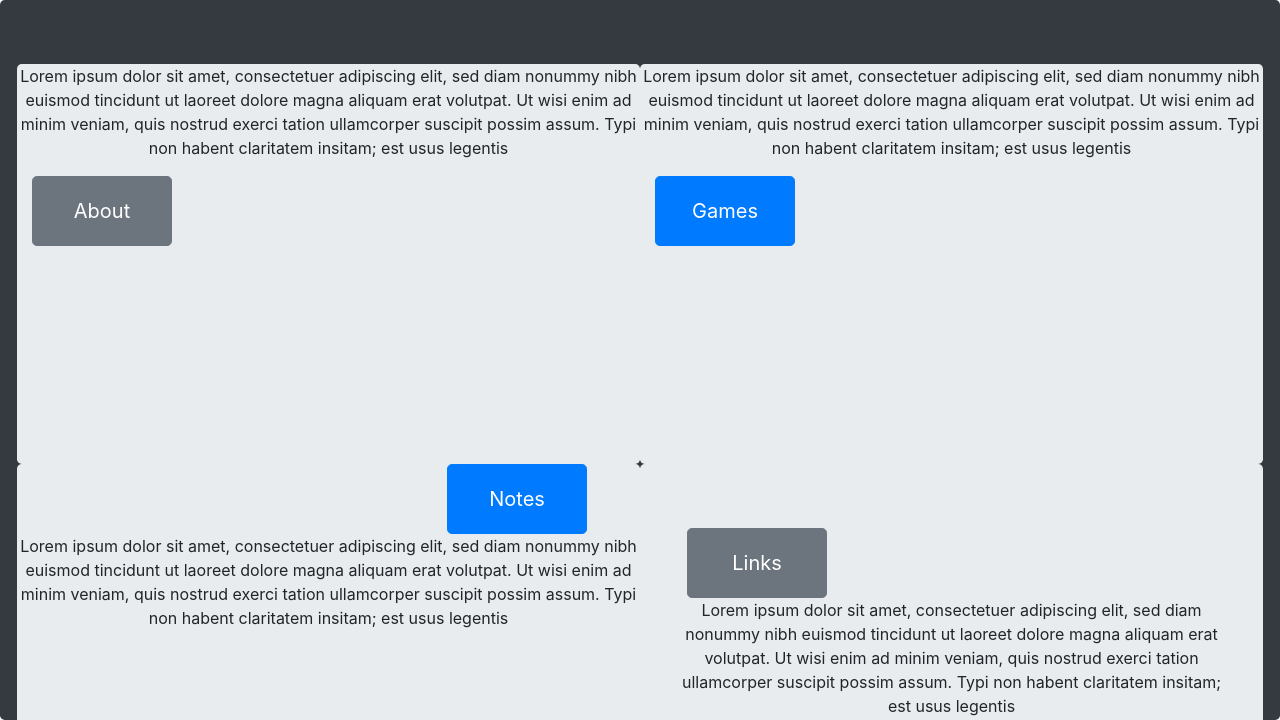
Repository: Kamicoda/Noteblock
Page: index.html
The author's editor kept a record of every edit. The page is drawn from the files as they stood at one moment, then again after the next edit.
The browser window is 1280 px wide. The pictures show the whole page.
Some web libraries are served in a nearby version.

Above is the page before.

### index.html
<!DOCTYPE html>
<html lang="en">

<head>
    <meta charset="UTF-8">
    <meta name="viewport" content="width=device-width, initial-scale=1.0">
    <meta http-equiv="X-UA-Compatible" content="ie=edge">
    <title>Document</title>

    <!--Jquery-->
    <script src="https://code.jquery.com/jquery-3.4.1.min.js" integrity="sha256-CSXorXvZcTkaix6Yvo6HppcZGetbYMGWSFlBw8HfCJo=" crossorigin="anonymous"></script>

    <!--Bootstrap-->
    <link rel="stylesheet" href="https://maxcdn.bootstrapcdn.com/bootstrap/4.2.1/css/bootstrap.min.css" type="text/css" />
    <link rel="stylesheet" href="https://cdnjs.cloudflare.com/ajax/libs/hover.css/2.3.1/css/hover-min.css" type="text/css" />
    <!--Css-->
    <link rel="stylesheet" href="assets/style/style.css" type="text/css" />
    <!--d3,dc,Queue-->
    <!-- <script type="text/javascript" src="static/js/d3.min.js"></script>
    <script type="text/javascript" src="static/js/crossfilter.min.js"></script>
    <script type="text/javascript" src="static/js/dc.min.js"></script>
    <script type="text/javascript" src="static/js/queue.min.js"></script> -->
    <!--Api's-->
    <!--Scripts-->
    <script src="https://kit.fontawesome.com/06adabaaa3.js"></script>
    <script type="text/javascript" src="assets/js/script1.js"></script>
</head>

<body>

    <!--navigation-->
    <div class="jumbotron bg-dark position-fixed w-100 h-100">
        <div class="mainmenu">

            <div class="row navtoprow">

                <div class="col-6 about">
                    <div class="jumbotron cabout">

                            <div class="row">
                                <div class="col">
                                    <p>Lorem ipsum dolor sit amet, consectetuer adipiscing elit, sed diam nonummy nibh euismod tincidunt ut laoreet dolore magna aliquam erat volutpat. Ut wisi enim ad minim veniam, quis nostrud exerci tation ullamcorper suscipit
                                        possim assum. Typi non habent claritatem insitam; est usus legentis
                                    </p>
                                    <div class="col align-bottom right">
                                        <button type="button" class="btn btn-secondary btn-lg babout content-end ">About</button>
                                    </div>
                                </div>
                            </div>

                    </div>
                </div>

                <div class="col-6 games">

                        <div class="jumbotron cgames">
                            <div class="row">
                                <div class="col">
                                    <p>Lorem ipsum dolor sit amet, consectetuer adipiscing elit, sed diam nonummy nibh euismod tincidunt ut laoreet dolore magna aliquam erat volutpat. Ut wisi enim ad minim veniam, quis nostrud exerci tation ullamcorper suscipit
                                        possim assum. Typi non habent claritatem insitam; est usus legentis
                                    </p>
                                    <div class="col">
                                        <button type="button" class="btn btn-primary btn-lg bgames ">Games</button>
                                    </div>
                                </div>
                            </div>
                        </div>

                </div>
            </div>

            <div class="row navbottomrow">

                <div class="col-6 notes">

                        <div class="jumbotron cnotes">
                            <div class="row">
                                <div class="col">
                                    <div class="col">
                                        <button type="button" class="btn btn-primary btn-lg bnotes justify-content-end ">Notes</button>
                                    </div>
                                    <p>Lorem ipsum dolor sit amet, consectetuer adipiscing elit, sed diam nonummy nibh euismod tincidunt ut laoreet dolore magna aliquam erat volutpat. Ut wisi enim ad minim veniam, quis nostrud exerci tation ullamcorper suscipit
                                        possim assum. Typi non habent claritatem insitam; est usus legentis
                                    </p>
                                </div>
                            </div>
                        </div>

                </div>

                <div class="col-6 links">

                        <div class="jumbotron">
                            <div class="row">
                                <div class="col">
                                    <div class="col">
                                        <button type="button" class="btn btn-secondary btn-lg blinks ">Links</button>
                                    </div>
                                    <p>Lorem ipsum dolor sit amet, consectetuer adipiscing elit, sed diam nonummy nibh euismod tincidunt ut laoreet dolore magna aliquam erat volutpat. Ut wisi enim ad minim veniam, quis nostrud exerci tation ullamcorper suscipit
                                        possim assum. Typi non habent claritatem insitam; est usus legentis
                                    </p>
                                </div>
                            </div>
                        </div>

                </div>
            </div>
        </div>

    </div>

</body>
<footer>

</footer>

</html>

### assets/style/style.css
/* Palette URL: http://paletton.com/#uid=a3K0o0k6J95irOtlmmkmW6wBrbb */

/* Feel free to copy&paste color codes to your application */

/* As RGBa codes */

.rgba-primary-0 {
    color: rgba( 39, 42, 48, 1)
}

/* Main Primary color */

.rgba-primary-1 {
    color: rgba(107, 144, 222, 1)
}

.rgba-primary-2 {
    color: rgba( 48, 70, 119, 1)
}

.rgba-primary-3 {
    color: rgba( 12, 19, 35, 1)
}

.rgba-primary-4 {
    color: rgba( 5, 22, 59, 1)
}

.rgba-complement-0 {
    color: rgba( 72, 63, 57, 1)
}

/* Main Complement color */

.rgba-complement-1 {
    color: rgba(255, 166, 108, 1)
}

.rgba-complement-2 {
    color: rgba(178, 106, 59, 1)
}

.rgba-complement-3 {
    color: rgba( 52, 29, 15, 1)
}

.rgba-complement-4 {
    color: rgba( 89, 35, 0, 1)
}



/* Generated by Paletton.com © 2002-2014 */

/* http://paletton.com */

/*Colors*/

.bg-dark {
    background-color: rgb(39, 42, 48);
}

.bg-light {
    background-color: rgb(107, 144, 222);
}

/*background*/

.jumbotron {
    margin: 0;
    width: 100%;
}

.mainmenu {
    text-align: center;
    border-width: 500;
    border-height: 300;
    height: auto;
}

.about {
    padding: 0;
}

.games {
    padding: 0;
}

.notes {
    padding: 0;
}

.links {
    padding: 0;
}
.cabout {
    height: 400px;
    width: 100%;
    padding: 0;
}
.cgames {
    height: 400px;
    width: 100%;
    padding: 0;
}
.cnotes {
    height: 400px;
    width: 100%;
    padding: 0;
}
.clinks {
    height: 400px;
    width: 100%;
    padding: 0;
}
/*navigation*/

.buttons {
    margin-left: 500px;
    margin-top: 300px;
}

.babout {
    display: block;
    width: 140px;
    height: 70px;
}

.bgames {
    display: block;
    width: 140px;
    height: 70px;
}

.bnotes {
    display: block;
    width: 140px;
    height: 70px;
    margin-left:70%;
}

.blinks {
    display: block;
    width: 140px;
    height: 70px;
}

Loaded but not shown: assets/js/script1.js (no copy from this time; the picture is the same without it)

After the next edit:
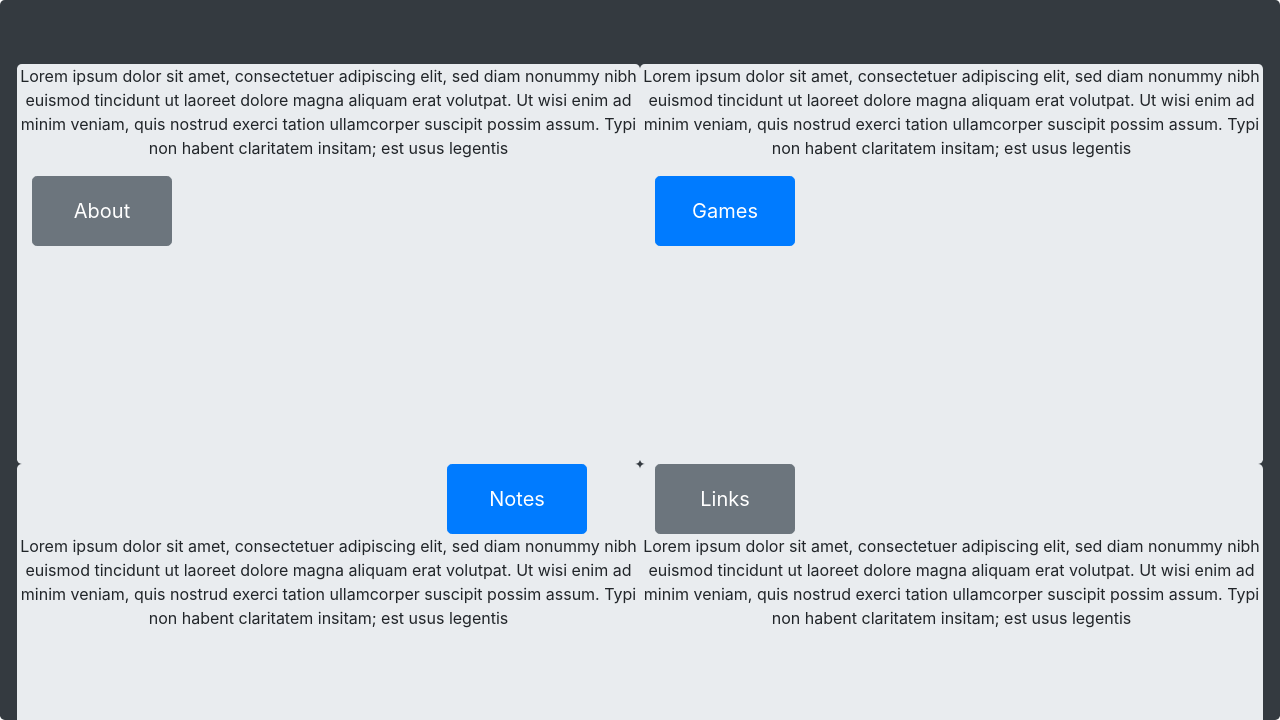
The edit:
--- a/index.html
+++ b/index.html
@@ -37,34 +37,34 @@
                 <div class="col-6 about">
                     <div class="jumbotron cabout">
 
-                            <div class="row">
-                                <div class="col">
-                                    <p>Lorem ipsum dolor sit amet, consectetuer adipiscing elit, sed diam nonummy nibh euismod tincidunt ut laoreet dolore magna aliquam erat volutpat. Ut wisi enim ad minim veniam, quis nostrud exerci tation ullamcorper suscipit
-                                        possim assum. Typi non habent claritatem insitam; est usus legentis
-                                    </p>
-                                    <div class="col align-bottom right">
-                                        <button type="button" class="btn btn-secondary btn-lg babout content-end ">About</button>
-                                    </div>
+                        <div class="row">
+                            <div class="col">
+                                <p>Lorem ipsum dolor sit amet, consectetuer adipiscing elit, sed diam nonummy nibh euismod tincidunt ut laoreet dolore magna aliquam erat volutpat. Ut wisi enim ad minim veniam, quis nostrud exerci tation ullamcorper suscipit
+                                    possim assum. Typi non habent claritatem insitam; est usus legentis
+                                </p>
+                                <div class="col align-bottom right">
+                                    <button type="button" class="btn btn-secondary btn-lg babout content-end ">About</button>
                                 </div>
                             </div>
+                        </div>
 
                     </div>
                 </div>
 
                 <div class="col-6 games">
 
-                        <div class="jumbotron cgames">
-                            <div class="row">
+                    <div class="jumbotron cgames">
+                        <div class="row">
+                            <div class="col">
+                                <p>Lorem ipsum dolor sit amet, consectetuer adipiscing elit, sed diam nonummy nibh euismod tincidunt ut laoreet dolore magna aliquam erat volutpat. Ut wisi enim ad minim veniam, quis nostrud exerci tation ullamcorper suscipit
+                                    possim assum. Typi non habent claritatem insitam; est usus legentis
+                                </p>
                                 <div class="col">
-                                    <p>Lorem ipsum dolor sit amet, consectetuer adipiscing elit, sed diam nonummy nibh euismod tincidunt ut laoreet dolore magna aliquam erat volutpat. Ut wisi enim ad minim veniam, quis nostrud exerci tation ullamcorper suscipit
-                                        possim assum. Typi non habent claritatem insitam; est usus legentis
-                                    </p>
-                                    <div class="col">
-                                        <button type="button" class="btn btn-primary btn-lg bgames ">Games</button>
-                                    </div>
+                                    <button type="button" class="btn btn-primary btn-lg bgames ">Games</button>
                                 </div>
                             </div>
                         </div>
+                    </div>
 
                 </div>
             </div>
@@ -73,35 +73,35 @@
 
                 <div class="col-6 notes">
 
-                        <div class="jumbotron cnotes">
-                            <div class="row">
+                    <div class="jumbotron cnotes">
+                        <div class="row">
+                            <div class="col">
                                 <div class="col">
-                                    <div class="col">
-                                        <button type="button" class="btn btn-primary btn-lg bnotes justify-content-end ">Notes</button>
-                                    </div>
-                                    <p>Lorem ipsum dolor sit amet, consectetuer adipiscing elit, sed diam nonummy nibh euismod tincidunt ut laoreet dolore magna aliquam erat volutpat. Ut wisi enim ad minim veniam, quis nostrud exerci tation ullamcorper suscipit
-                                        possim assum. Typi non habent claritatem insitam; est usus legentis
-                                    </p>
+                                    <button type="button" class="btn btn-primary btn-lg bnotes justify-content-end ">Notes</button>
                                 </div>
+                                <p>Lorem ipsum dolor sit amet, consectetuer adipiscing elit, sed diam nonummy nibh euismod tincidunt ut laoreet dolore magna aliquam erat volutpat. Ut wisi enim ad minim veniam, quis nostrud exerci tation ullamcorper suscipit
+                                    possim assum. Typi non habent claritatem insitam; est usus legentis
+                                </p>
                             </div>
                         </div>
+                    </div>
 
                 </div>
 
                 <div class="col-6 links">
 
-                        <div class="jumbotron">
-                            <div class="row">
+                    <div class="jumbotron clinks">
+                        <div class="row">
+                            <div class="col">
                                 <div class="col">
-                                    <div class="col">
-                                        <button type="button" class="btn btn-secondary btn-lg blinks ">Links</button>
-                                    </div>
-                                    <p>Lorem ipsum dolor sit amet, consectetuer adipiscing elit, sed diam nonummy nibh euismod tincidunt ut laoreet dolore magna aliquam erat volutpat. Ut wisi enim ad minim veniam, quis nostrud exerci tation ullamcorper suscipit
-                                        possim assum. Typi non habent claritatem insitam; est usus legentis
-                                    </p>
+                                    <button type="button" class="btn btn-secondary btn-lg blinks ">Links</button>
                                 </div>
+                                <p>Lorem ipsum dolor sit amet, consectetuer adipiscing elit, sed diam nonummy nibh euismod tincidunt ut laoreet dolore magna aliquam erat volutpat. Ut wisi enim ad minim veniam, quis nostrud exerci tation ullamcorper suscipit
+                                    possim assum. Typi non habent claritatem insitam; est usus legentis
+                                </p>
                             </div>
                         </div>
+                    </div>
 
                 </div>
             </div>
